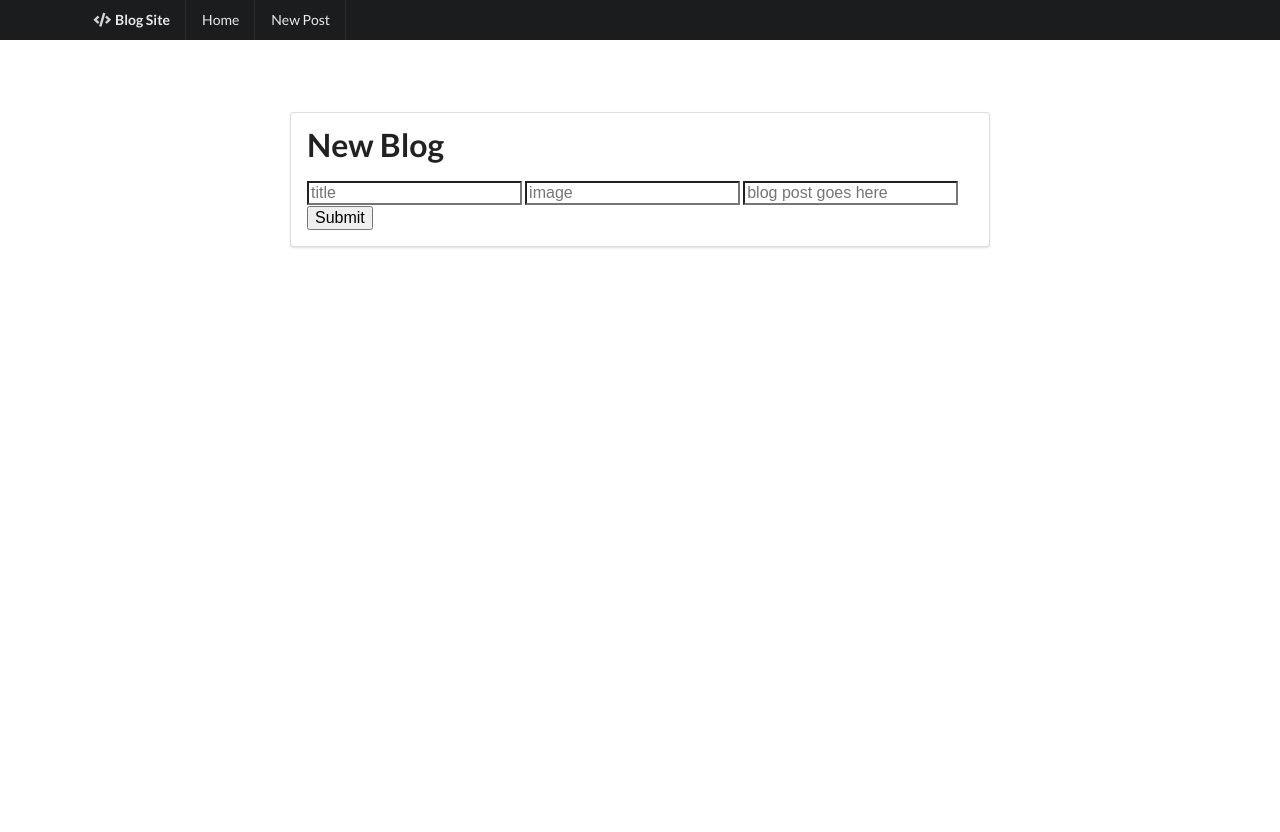
Repository: MR-TYLER31/RESTful_Blog_App
Page: http://localhost/blogs/new
The author's editor kept a record of every edit. The page is drawn from the files as they stood at one moment, then again after the next edit.
The browser window is 1280 px wide. The pictures show the whole page.
Some web libraries are served in a nearby version. The page is served by the project's Node server (app.js).

Above is the page before.

### views/new.ejs
<% include ./partials/header %>

<div class="ui main text container segment">
    <div class="ui huge header">New Blog</div>
    <form action+"/blogs" method="POST">
        <input type="text" name="blog[title]" placeholder="title"/>
        <input type="text" name="blog[image]" placeholder="image"/>
        <input type="text" name="blog[body]" placeholder="blog post goes here"/>
        <input type="submit"/>
    </form>
</div>

<% include ./partials/footer %>

### views/partials/header.ejs
<!DOCTYPE html>
<html lang="en">
    <head>
        <title>Blog App</title>
        <link rel="stylesheet" type="text/css" href="https://cdnjs.cloudflare.com/ajax/libs/semantic-ui/2.1.4/semantic.min.css"/>
        <link rel="stylesheet" type="text/css" href="/stylesheets/app.css" />
    </head>
<body>
    <div class="ui fixed inverted menu">
        <div class="ui container">
            <div class="header item"><i class="code icon"></i>Blog Site</div>
            <a href="/" class="item">Home</a>
            <a href="/blogs/new" class="item">New Post</a>
        </div>
    </div>

### views/partials/footer.ejs

    </body>
</html>

### app.js
var express = require("express"),
    methodOverride = require("method-override"),
    app = express(),
    bodyParser = require("body-parser"),
    mongoose = require("mongoose");

 // APP CONGIF
mongoose.connect("mongodb://localhost/restful_blog_app", {useNewUrlParser: true});
app.set("view engine", "ejs");
app.use(express.static("public"));
app.use(bodyParser.urlencoded({extended: true}));
app.use(methodOverride("_method"));

// MONGOOSE/MODEL CONFIG
var blogSchema = new mongoose.Schema({
    title: String,
    image: String,
    body: String,
    created: {type: Date, default: Date.now}
});
    var Blog = mongoose.model("Blog", blogSchema);

    // Blog.create({
    //     title: "Test Blog",
    //     image: "https://images.unsplash.com/photo-1534361960057-19889db9621e?ixlib=rb-1.2.1&ixid=eyJhcHBfaWQiOjEyMDd9&auto=format&fit=crop&w=500&q=60",
    //     body: "HELLO THIS IS A BLOG POST"
    // });


// RESTFULL ROUTES

app.get('/', function(req, res) {
    res.redirect('/blogs');
});


// Index Route
app.get('/blogs', function(req, res) {
    Blog.find({}, function(err, blogs) {
        if(err) {
            console.log("ERROR!");
        } else {
            res.render('index', {blogs: blogs});
        }
    });
});

// NEW ROUTE
app.get('/blogs/new', function(req, res) {
    res.render('new');
});

//CREATE ROUTE
app.post('/blogs', function(req, res) {
    // CREATE BLOG
    Blog.create(req.body.blog, function(err, newBlog) {
        if(err) {
            res.render('new');
        } else {
            // then redirect to the index
            res.redirect('/blogs');
        }
    });
});

// SHOW ROUTE
app.get('/blogs/:id', function(req, res) {
   Blog.findById(req.params.id, function(err, foundBlog) {
      if(err) {
          res.redirect('/blogs');
      } else {
          res.render('show', {blog: foundBlog});
      }
   });
});

// EDIT ROUTE
app.get("/blogs/:id/edit", function(req, res){
    Blog.findById(req.params.id, function(err, foundBlog){
        if(err){
            res.redirect("/blogs");
        } else {
            res.render("edit", {blog: foundBlog});
        }
    });
});

// UPDATE ROUTE
app.put('/blogs/:id', function(req, res) {
    Blog.findByIdAndUpdate(req.params.id, req.body.blog, function(err, updatedBlog) {
        if(err) {
            res.render('index');
        } else {
            res.redirect('/blogs/' + req.params.id);
        }
    });
});

// DELETE ROUT
app.delete('/blogs/:id', function(req, res) {
   // delete blog
   Blog.findByIdAndRemove(req.params.id, function(err) {
       if(err) {
           res.redirect('/blogs');
       } else {
           res.redirect('/blogs');
       }
   })
});

    app.listen(process.env.PORT, process.env.IP, function() {
       console.log("Server is running!!");
    });

### public/stylesheets/app.css
.icon {
    font-size: 2em;
}

.container.main {
    margin-top: 7.0em;
}

#delete {
    display: inline;
}

body {
    margin-top: 8rem;
}

After the next edit:
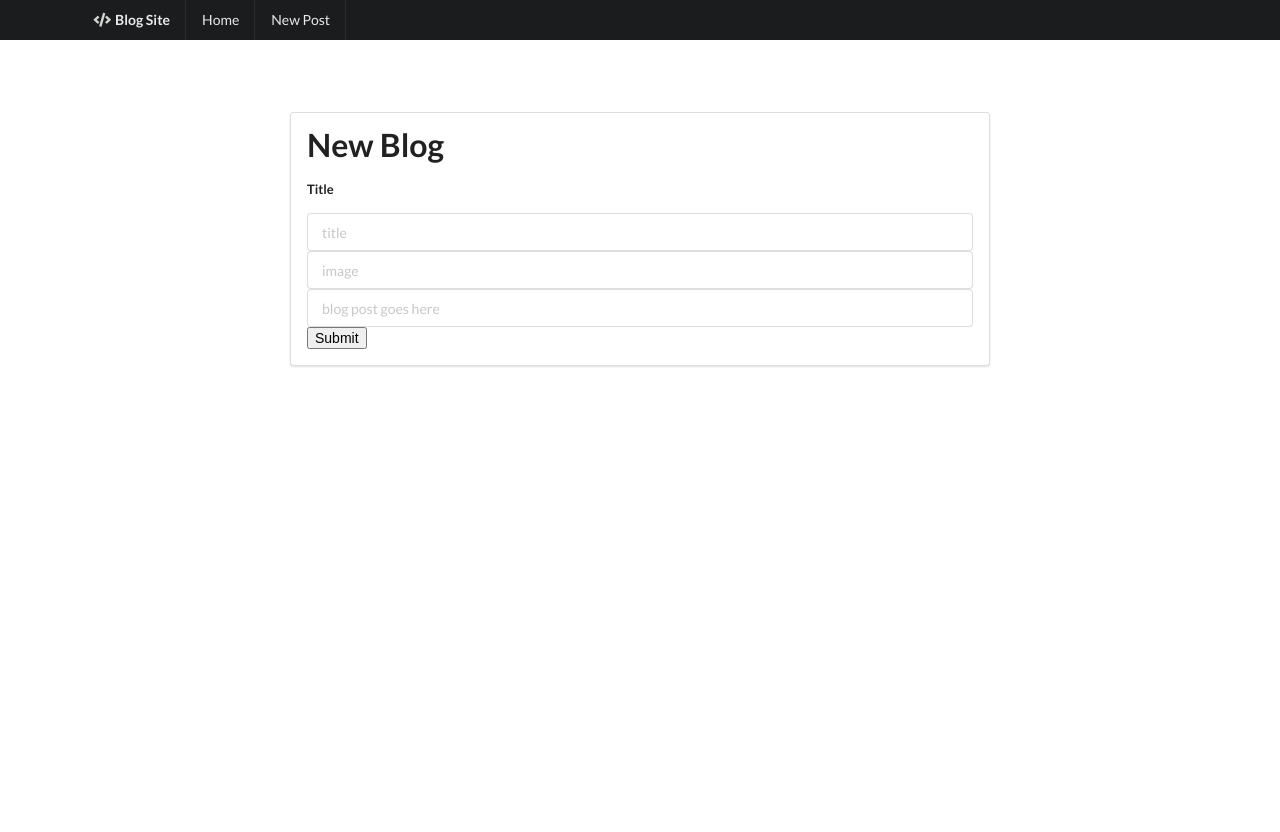
The edit:
--- a/views/new.ejs
+++ b/views/new.ejs
@@ -2,7 +2,10 @@
 
 <div class="ui main text container segment">
     <div class="ui huge header">New Blog</div>
-    <form action+"/blogs" method="POST">
+    <form class="ui form" action="/blogs" method="POST">
+        <div class="field">
+            <label>Title</label>
+        </div>
         <input type="text" name="blog[title]" placeholder="title"/>
         <input type="text" name="blog[image]" placeholder="image"/>
         <input type="text" name="blog[body]" placeholder="blog post goes here"/>
